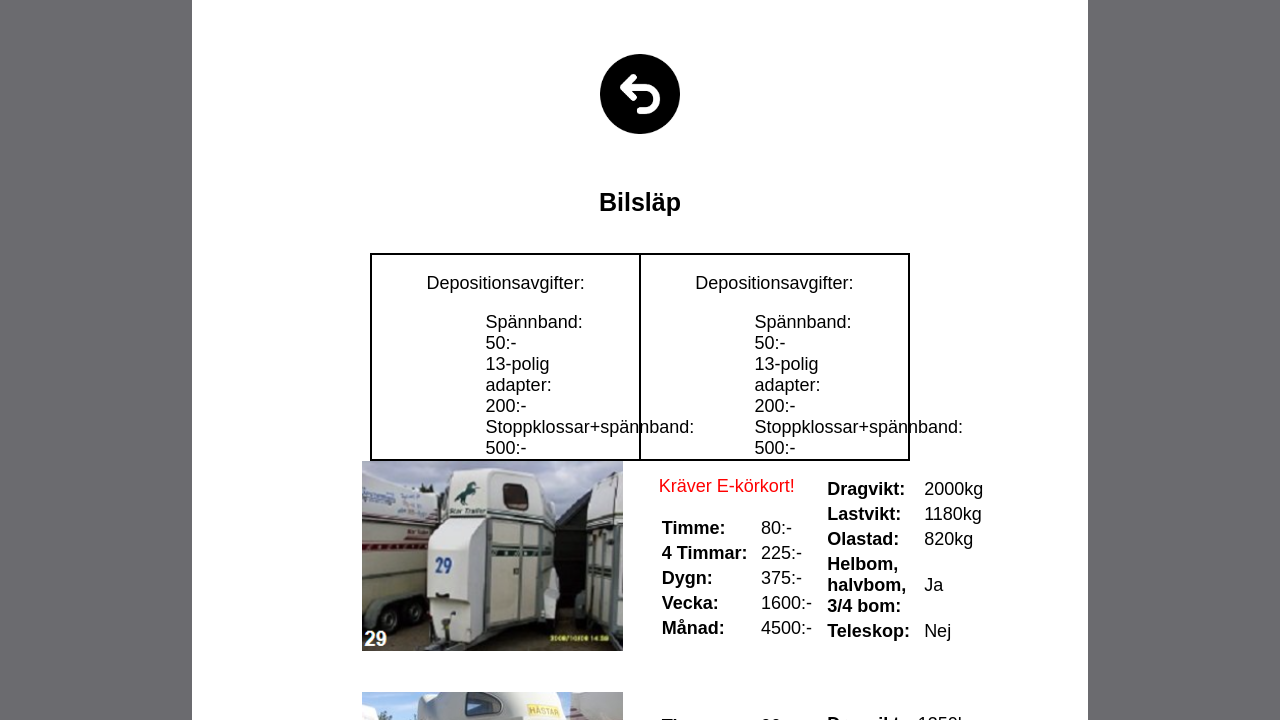
Repository: mirkbirki/mirkbirki.github.io
Page: bilslap.html
An editor plug-in stored every save of this project. The page is shown before and after the next save, followed by the edit.
The browser window is 1280 px wide. The pictures show the whole page.
An inner scrolling area shows only its first screen.

Above is the page before, as saved 2022-12-18 12:47:40.

### bilslap.html
<!DOCTYPE html>
<html lang="en">
<head>
    <meta charset="UTF-8">
    <meta name="viewport" content="width=device width, initial-scale=1.0">
    <title>Uthyrning Hovs släputhyrning</title>
    <link rel="stylesheet" href="styles.css">
</head>
<body>
    <div class="page-scroll">
        <div class="return-button">
            <a href="uthyrning.html"><img class="return" src="return.png"></a>
        </div>
        <div class="hastslap-info">
        <h1>Bilsläp</h1>
        <div class="hastslap-info-flex">
            <div class="hastslap-info-flex-1">
                <p>Depositionsavgifter:</p>
                <ul class="depo-ul">
                    <li class="depo-li">Spännband: 50:-</li>
                    <li class="depo-li">13-polig adapter: 200:-</li>
                    <li class="depo-li">Stoppklossar+spännband: 500:-</li>
                </ul>
            </div>
            <div class="hastslap-info-flex-2">
                <p>Depositionsavgifter:</p>
                <ul class="depo-ul">
                    <li class="depo-li">Spännband: 50:-</li>
                    <li class="depo-li">13-polig adapter: 200:-</li>
                    <li class="depo-li">Stoppklossar+spännband: 500:-</li>
                </ul>
            </div>
        </div>
        </div>
        <div class="hastslap-grid">
            <div class="hastslap-1">
                <img class="slap-img" src="hastslap1.png">
            </div>
            <div class="hastslap-2">
                <p class="red">Kräver E-körkort!</p>
                <table class="uthyrning-table">
                    <tr>
                        <td class="bold">Timme:</td>
                        <td class="slap">80:-</td>
                    </tr>
                    <tr>
                        <td class="bold">4 Timmar:</td>
                        <td class="slap">225:-</td>
                    </tr>
                    <tr>
                        <td class="bold">Dygn:</td>
                        <td class="slap">375:-</td>
                    </tr>
                    <tr>
                        <td class="bold">Vecka:</td>
                        <td class="slap">1600:-</td>
                    </tr>
                    <tr>
                        <td class="bold">Månad:</td>
                        <td class="slap">4500:-</td>
                    </tr>
                </table>
            </div>
            <div class="hastslap-3">
                <p>&nbsp;</p>
                <table class="uthyrning-table">
                    <tr>
                        <td class="bold">Dragvikt:</td>
                        <td class="slap">2000kg</td>
                    </tr>
                    <tr>
                        <td class="bold">Lastvikt:</td>
                        <td class="slap">1180kg</td>
                    </tr>
                    <tr>
                        <td class="bold">Olastad:</td>
                        <td class="slap">820kg</td>
                    </tr>
                    <tr>
                        <td class="bold">Helbom, halvbom, 3/4 bom:</td>
                        <td class="slap">Ja</td>
                    </tr>
                    <tr>
                        <td class="bold">Teleskop:</td>
                        <td class="slap">Nej</td>
                    </tr>
                </table>
            </div>
            <div class="hastslap-4">
                <img class="slap-img" src="hastslap2.png">
            </div>
            <div class="hastslap-5">
                <table class="uthyrning-table">
                    <tr class="slap">
                        <td class="bold">Timme:</td>
                        <td>90:-</td>
                    </tr>
                    <tr>
                        <td class="bold">4 Timmar:</td>
                        <td>250:-</td>
                    </tr>
                    <tr>
                        <td class="bold">Dygn:</td>
                        <td>375:-</td>
                    </tr>
                    <tr>
                        <td class="bold">Vecka:</td>
                        <td>1600:-</td>
                    </tr>
                    <tr>
                        <td class="bold">Månad:</td>
                        <td>4500:-</td>
                    </tr>
                </table>
            </div>
            <div class="hastslap-6">
                <table class="uthyrning-table">
                    <tr>
                        <td class="bold">Dragvikt:</td>
                        <td class="slap">1350kg</td>
                    </tr>
                    <tr>
                        <td class="bold">Lastvikt:</td>
                        <td class="slap">670kg</td>
                    </tr>
                    <tr>
                        <td class="bold">Olastad:</td>
                        <td class="slap">680kg</td>
                    </tr>
                </table>
            </div>
            <div class="hastslap-7">
                <img class="slap-img-portrait" src="hastslap3.png">
            </div>
            <div class="hastslap-8">
                <table class="uthyrning-table">
                    <tr class="slap">
                        <td class="bold">Timme:</td>
                        <td>90:-</td>
                    </tr>
                    <tr>
                        <td class="bold">4 Timmar:</td>
                        <td>295:-</td>
                    </tr>
                    <tr>
                        <td class="bold">Dygn:</td>
                        <td>495:-</td>
                    </tr>
                    <tr>
                        <td class="bold">Vecka:</td>
                        <td>1600:-</td>
                    </tr>
                    <tr>
                        <td class="bold">Månad:</td>
                        <td>5500:-</td>
                    </tr>
                </table>
            </div>
            <div class="hastslap-9">
                <table class="uthyrning-table">
                    <p>&nbsp;</p>
                    <p>&nbsp;</p>
                    <tr>
                        <td class="bold">Dragvikt:</td>
                        <td class="slap">1400kg</td>
                    </tr>
                    <tr>
                        <td class="bold">Lastvikt:</td>
                        <td class="slap">720kg</td>
                    </tr>
                    <tr>
                        <td class="bold">Olastad:</td>
                        <td class="slap">680kg</td>
                    </tr>
                </table>
                <p>Delad skötardörr.</p>
                <p>Säkerhetsbommar.</p>
            </div>
            <div class="hastslap-10">
                <img class="slap-img-portrait" src="hastslap4.png">
            </div>
            <div class="hastslap-11">
                <table class="uthyrning-table">
                    <tr class="slap">
                        <td class="bold">Timme:</td>
                        <td>90:-</td>
                    </tr>
                    <tr>
                        <td class="bold">4 Timmar:</td>
                        <td>225:-</td>
                    </tr>
                    <tr>
                        <td class="bold">Dygn:</td>
                        <td>395:-</td>
                    </tr>
                    <tr>
                        <td class="bold">Vecka:</td>
                        <td>1600:-</td>
                    </tr>
                    <tr>
                        <td class="bold">Månad:</td>
                        <td>5500:-</td>
                    </tr>
                </table>
            </div>
            <div class="hastslap-12">
                <table class="uthyrning-table">
                    <tr>
                        <td class="bold">Dragvikt:</td>
                        <td class="slap">1300kg</td>
                    </tr>
                    <tr>
                        <td class="bold">Lastvikt:</td>
                        <td class="slap">535kg</td>
                    </tr>
                    <tr>
                        <td class="bold">Olastad:</td>
                        <td class="slap">765kg</td>
                    </tr>
                </table>
            </div>
            <div class="hastslap-13">
                <img class="slap-img-portrait" src="hastslap5.png">
            </div>
            <div class="hastslap-14">
                <table class="uthyrning-table">
                    <tr class="slap">
                        <td class="bold">Timme:</td>
                        <td>90:-</td>
                    </tr>
                    <tr>
                        <td class="bold">4 Timmar:</td>
                        <td>250:-</td>
                    </tr>
                    <tr>
                        <td class="bold">Dygn:</td>
                        <td>425:-</td>
                    </tr>
                    <tr>
                        <td class="bold">Vecka:</td>
                        <td>1600:-</td>
                    </tr>
                    <tr>
                        <td class="bold">Månad:</td>
                        <td>5500:-</td>
                    </tr>
                </table>
            </div>
            <div class="hastslap-15">
                <table class="uthyrning-table">
                    <tr>
                        <td class="bold">Dragvikt:</td>
                        <td class="slap">1300kg</td>
                    </tr>
                    <tr>
                        <td class="bold">Lastvikt:</td>
                        <td class="slap">535kg</td>
                    </tr>
                    <tr>
                        <td class="bold">Olastad:</td>
                        <td class="slap">765kg</td>
                    </tr>
                </table>
            </div>
        </div>
        <div class="return-button">
            <a href="uthyrning.html"><img class="return" src="return.png"></a>
        </div>
    </div>
</body>
</html>

### styles.css
* {
    font-family: arial,sans-serif;
    font-size: 18px;
}

html {
    height: 100%;
    margin: auto;
}

body {
    height: 100%;
    margin: 0;
    background-color: #505055d7;
}

.page {
    position: fixed;
    top: 0;
    left: 15%;
    width: 70%;
    height: 100%;
    margin: 0 auto;
    padding: 0;
    background-color: rgb(255, 255, 255);
}

.page-scroll {
    position: fixed;
    top: 0;
    left: 15%;
    width: 70%;
    height: 100%;
    margin: 0 auto;
    padding: 0;
    background-color: rgb(255, 255, 255);
    overflow-y: scroll;
}

/* HEADER */

header {
    margin: 0 auto;
}

.header {
    margin: 0 auto;
    text-align: center;
}

header img {
    margin: 2rem auto 0.5rem auto;
}

.nav {
    width: 65%;
    margin: 0 auto;
    display: flex;
    gap: 3rem;
    justify-content: center;

}

.nav a {
    text-decoration: underline;
    color: rgb(0, 0, 0);
    font-size: 20px;
    font-weight: 600;
    padding: 0.5rem;
}

.nav a:hover {
    color: #ff0000;
}

.nav .active {
    background-color: #3271ce4b;
    height: min-content;
}

/* MAIN CONTENT */

main {
    text-align: center;
    width: 57%;
    margin: 0 auto;
}

/* DESCRIPTION */

main h1 {
    font-size: 25px;
    text-align: center;
    margin: 3rem auto 0 auto;
}

main h1 a {
    text-decoration: none;
    font-size: 25px;
    color: black;
}

main h1 a:hover {
    color: #ff0000;
}

.p-link {
    text-decoration: none;
    color: #000000;
}

.p-link:hover {
    color: #ff0000;
}

main p {
    font-size: 18px;
    text-align: left;
    margin: 0 auto;
    word-spacing: 0.2rem;
    line-height: 1.8rem;
    margin: 0.5rem auto 2rem auto;
    background-color: #54585a41;
    padding: 0.5rem 0 0.5rem 1rem;
    color: #000000;
}

main h2 {
    font-size: 22px;
    margin: 3rem auto 1rem auto;
}

.info-box {
    text-align: left;
    margin: 0 auto;
    word-spacing: 0.2rem;
    line-height: 1.8rem;
    margin: 3rem auto 3rem auto;
    background-color: #54585a41;
    padding: 0.5rem 0 0.5rem 1.5rem;
    color: #000000;
}

.info-box h2 {
    margin: 0.5rem auto 1rem auto;
}

.info-box p {
    background-color: #ffffff00;
    margin: 0;
    padding: 0 0.3rem 0.5rem 0;
}

.info-box ul {
    list-style-type: square;
    padding-left: 1rem;
}

.info-box li {
    padding: 0;
}

/* WORKING HOURS AND LOCATION */

.flex-hours-location {
    display: flex;
    gap: 3rem;
    margin: 3.5rem auto 0 auto;
    justify-content: center;
    width: 100%;
}

.flex-hours-location-contact {
    display: flex;
    gap: 3rem;
    margin: 3rem auto 0 auto;
    justify-content: center;
    width: 100%;
}

.hours {
}

.oppettider {
    width: 300px;
    height: 304px;
    border: 2px #24247c;
    border-radius: 0.5rem;
    padding: 2rem;
    background-color: #4343e9;
    color: rgb(255, 255, 255);
}

.oppettider-th {
    padding-bottom: 1rem;
    font-size: 34px;
    letter-spacing: 0.1rem;
    text-shadow: 4px 3px 3px #000000;
}

.oppettider-tr-td {
    font-size: 20px;
    font-weight: bold;
    letter-spacing: 0.05rem;
    text-shadow: 4px 3px 3px #000000;
}


.location-map {
    margin: 2rem auto;
    width: 600px;
    height: 350px;
}

.location-map iframe {
    width: 600px;
    height: 350px;
    border: 2px solid #1d1d6338;
    border-radius: 0.5rem;
}

.contact-location {
    width: 50%;
}

.flex-hours-location-contact h2 {
    margin: 0 auto 1.5rem auto;
}

.contact-call {
    width: 50%;
}

.contact-call a {
    text-decoration: none;
    color: black;
}

.contact-call a:hover {
    color: red;
}

.no-margin-top {
    margin-top: 0;
}

.location iframe {
    width: 300px;
    height: 300px;
    border: 2px solid #1d1d6338;
    border-radius: 0.5rem;
}

/* Uthyrning */

.uthyrning {
}

.uthyrning h1 {
    margin: 3rem auto 2rem auto;
}

.grid-container {
    display: grid;
    grid-template-columns: auto auto;
    margin: 0 auto 1.5rem auto;
    padding: 0;
    width: 100%;
    align-items: center;
}

.grid-container img {
    width: 100%;
    border-radius: 2rem;
    border: 4px solid #1d1d6338;
}

.grid-container figcaption {
    font-size: 20px;
    padding: 0.5rem;
}

.fig {

}

.fig:hover {
    border: 4px solid red;;
}

.grid-container a {
    text-decoration: none;
    color: black;
}

.grid-container a:hover {
    color: red;
}

.return {
    display: block;
    margin: 3rem auto;
    width: 80px;
    height: 80px;
}

.hastslap-info {
    text-align: center;
}

.hastslap-info h1 {
    font-size: 25px;
    margin-bottom: 2rem;
}

.hastslap-grid {
    display: grid;
    grid-template-columns: auto auto auto;
    gap: 2rem;
    margin: 0 auto 3rem auto;
    padding: 0 0 0 4rem;
    width: 70%;
    align-items: center;
}

.hastslap-1 {
}

.slap-img {
    width: 100%;
}

.slap-img-portrait {
    width: 70%;
}

.red {
    color: red;
}

.hastslap-2 {
    margin-top: -1rem;
    text-align: left;
    width: fit-content;
}

.uthyrning-table {
    width: 9rem;
}

.slap {
    text-align: left;
}

.bold {
    font-weight: bold;
}

.hastslap-3 {
    margin-top: -3rem;
    width: fit-content;
    margin-left: -2rem;
    text-align: left;
}

.hastslap-4 {

}

.hastslap-5 {
    margin-top: -1rem;
    text-align: left;
    width: fit-content;
}

.hastslap-6 {
    margin-top: -4rem;
    width: fit-content;
    margin-left: -2rem;
    text-align: left;
}

.hastslap-8 {
    margin-top: -1rem;
    text-align: left;
    width: fit-content;
}

.hastslap-9 {
    margin-top: -4rem;
    width: fit-content;
    margin-left: -2rem;
    text-align: left;
}

.hastslap-11 {
    margin-top: -1rem;
    text-align: left;
    width: fit-content;
}

.hastslap-12 {
    margin-top: -4rem;
    width: fit-content;
    margin-left: -2rem;
    text-align: left;
}

.hastslap-14 {
    margin-top: -1rem;
    text-align: left;
    width: fit-content;
}

.hastslap-15 {
    margin-top: -4rem;
    width: fit-content;
    margin-left: -2rem;
    text-align: left;
}

/* Bilsläp */

.hastslap-info-flex {
    display: flex;
    margin: 0 auto;
    border: 1px solid black;
    width: 60%;
    justify-content: center;
}

.hastslap-info-flex-1 {
    width: 50%;
    border: 1px solid black;
}

.hastslap-info-flex-2 {
    width: 50%;
    border: 1px solid black;
}

.depo-ul {
    width: 30%;
    margin: 0 auto;
    list-style-type: none;
}

.depo-li {
    text-align: left;
    width: fit-content;jh
 y8

}

After the next save:
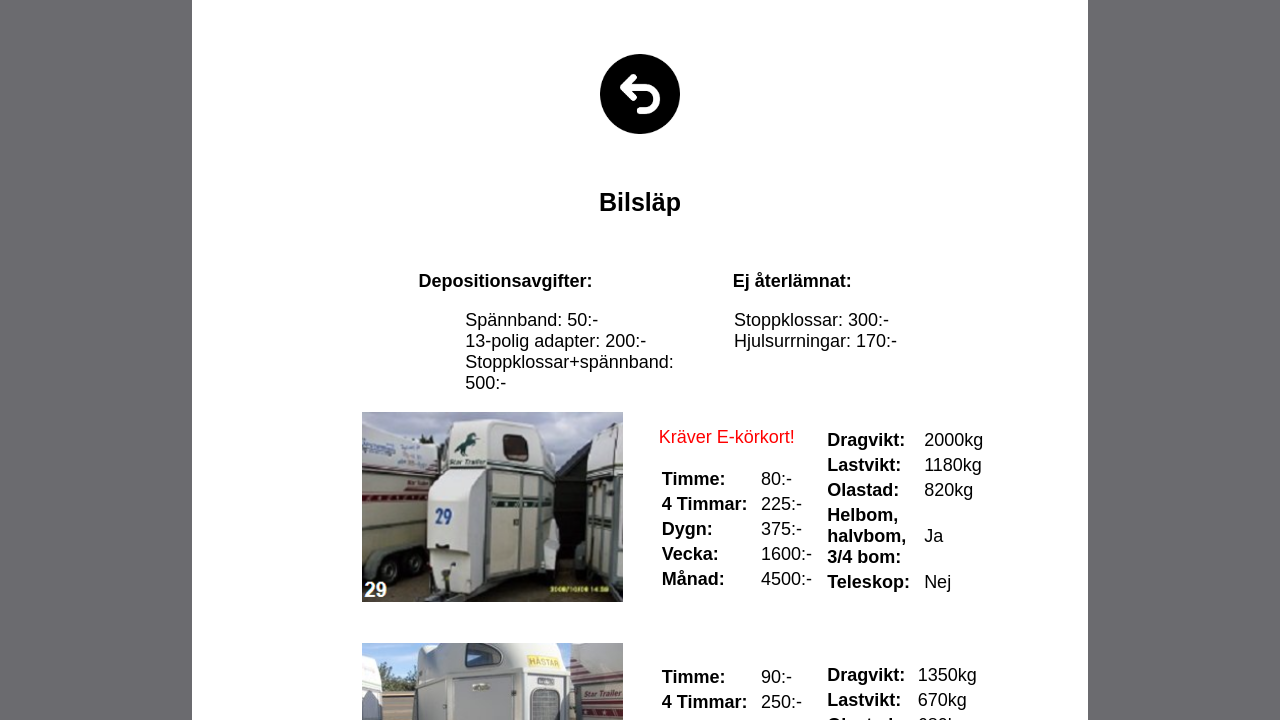
Saved 92 min 9 s later.
--- a/bilslap.html
+++ b/bilslap.html
@@ -15,7 +15,7 @@
         <h1>Bilsläp</h1>
         <div class="hastslap-info-flex">
             <div class="hastslap-info-flex-1">
-                <p>Depositionsavgifter:</p>
+                <p><b>Depositionsavgifter:</b></p>
                 <ul class="depo-ul">
                     <li class="depo-li">Spännband: 50:-</li>
                     <li class="depo-li">13-polig adapter: 200:-</li>
@@ -23,11 +23,10 @@
                 </ul>
             </div>
             <div class="hastslap-info-flex-2">
-                <p>Depositionsavgifter:</p>
+                <p class="hastslap-info-flex-2-p"><b>Ej återlämnat:</b></p>
                 <ul class="depo-ul">
-                    <li class="depo-li">Spännband: 50:-</li>
-                    <li class="depo-li">13-polig adapter: 200:-</li>
-                    <li class="depo-li">Stoppklossar+spännband: 500:-</li>
+                    <li class="depo-li">Stoppklossar: 300:-</li>
+                    <li class="depo-li">Hjulsurrningar: 170:-</li>
                 </ul>
             </div>
         </div>
--- a/styles.css
+++ b/styles.css
@@ -424,30 +424,31 @@ main h2 {
 .hastslap-info-flex {
     display: flex;
     margin: 0 auto;
-    border: 1px solid black;
     width: 60%;
     justify-content: center;
 }
 
 .hastslap-info-flex-1 {
     width: 50%;
-    border: 1px solid black;
 }
 
 .hastslap-info-flex-2 {
     width: 50%;
-    border: 1px solid black;
+}
+
+.hastslap-info-flex-2-p {
+    padding-left: -1rem;
+    width: fit-content;
+    padding-left: 5.15rem;
 }
 
 .depo-ul {
-    width: 30%;
-    margin: 0 auto;
+    width: 100%;
     list-style-type: none;
 }
 
 .depo-li {
     text-align: left;
-    width: fit-content;jh
- y8
-
-}
+    width: fit-content;
+    padding-left: 3rem;
+}
